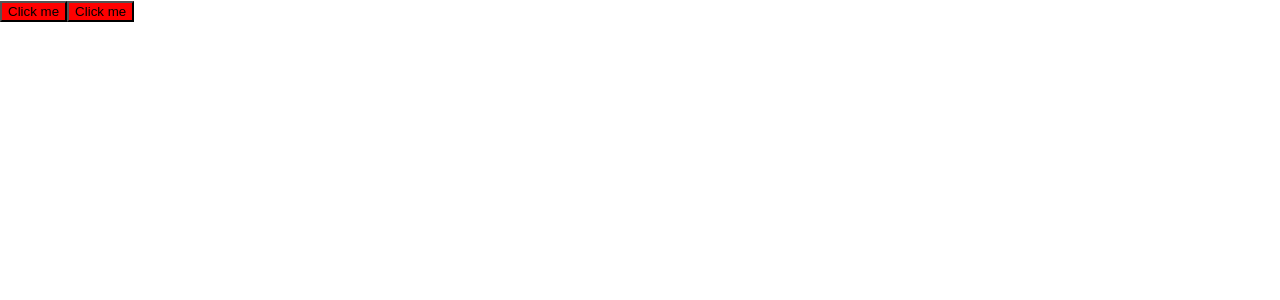
Repository: codysun1912/code
Page: / (app in react-webpack/tiktok/)
The author's editor kept a copy of each file at every save. The page is drawn from the files as they stood at one save, then again after the next save.
The browser window is 1280 px wide. The pictures show the whole page.
The project was rebuilt for these pictures with package versions that can differ from the ones it lists, and the page was loaded fresh each time.

Above is the page before, as saved 2022-03-18 13:25:56.

After the next save:
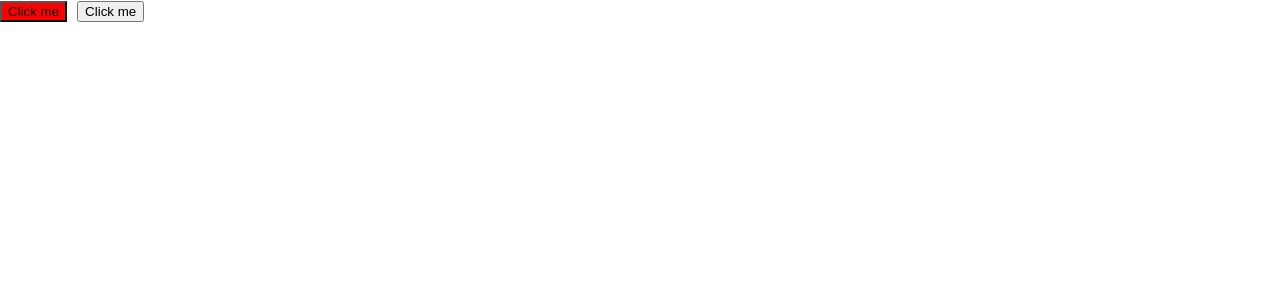
Saved 28 s later.
--- a/react-webpack/tiktok/src/components/button.js
+++ b/react-webpack/tiktok/src/components/button.js
@@ -4,7 +4,7 @@ function Button(){
     return(
         <div>
             <button className = {Styles.btn}> Click me </button>
-            <button className = {Styles.btn}> Click me </button>
+            <button className = {(Styles.btn,Styles.active)}> Click me </button>
         </div>
     )
 }
